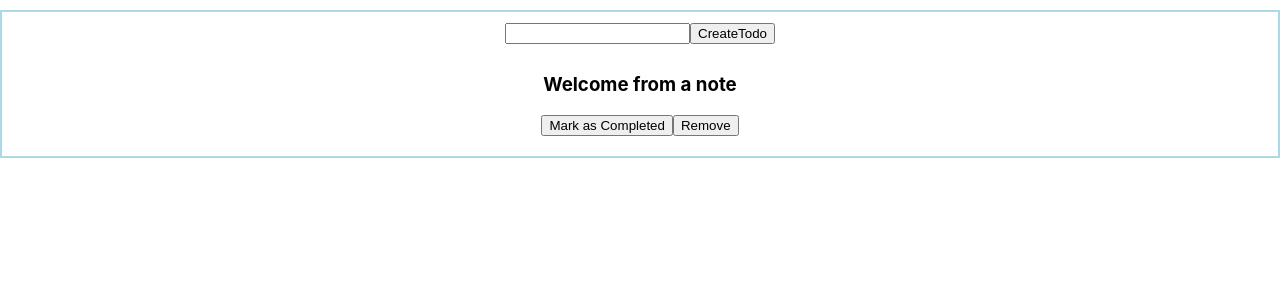
Repository: CaptainStorm21/react-ecosystem-course
Page: /
An editor plug-in stored every save of this project. The page is shown before and after the next save, followed by the edit.
The browser window is 1280 px wide. The pictures show the whole page.
The project was rebuilt for these pictures with package versions that can differ from the ones it lists, and the page was loaded fresh each time.

Above is the page before, as saved 2020-05-30 17:41:26.

### src/App.js
import React from 'react';
import './App.css';
import TodoList from './todos/TodoList'

function App() {
  return (
    <div className="App">
      <TodoList/>
    </div>
  );
}

export default App;

### src/todos/TodoList.js
import React from 'react';
import NewTodoForm from './NewTodoForm';
import TodoListItem from './TodoListItem';
import './TodoList.css';


const TodoList = ({ todos = [{ text: "Welcome from a note" }] }) => (
    <div className="list-wrapper">
        <NewTodoForm/>
        {todos.map(todo => <TodoListItem todo={todo} />)}
    </div>
)

export default TodoList;

### src/todos/NewTodoForm.js
import React, { useState } from 'react';
import './NewTodoForm.css';

const NewTodoForm = () => {
    const [inputValue, setInputValue] = useState(' ');
   return (
        <div className="new-todo-form">
           <input className="new-todo-input"
               type="text"
               value={inputValue}
               onChange = { e => setInputValue (e.target.value)}
           />
            <button className="newTodo">CreateTodo</button>
        </div>
    );
};
export default NewTodoForm;

### src/todos/TodoListItem.js
import React from "react";

const TodoListItem = ({ todo }) => (
  <div className="todo-item-container">
    <h3>{todo.text}</h3>
    <div className="button -container">
      <button className="completed-button"> Mark as Completed</button>
      <button className="remove-button"> Remove</button>
    </div>
  </div>
);

export default TodoListItem;

### src/todos/TodoList.css
.list-wrapper{
    border: 2px solid lightblue;
    padding: 10px;
    margin-top: 10px;
}

### src/todos/NewTodoForm.css
.todo-item-container{
    width: 90%;
    margin: 0 auto;
    padding: 10px;
    border
    background-color: lightblue;
}

Loaded but not shown: public/index.html (common file); src/index.js (common file); src/index.css (common file); src/serviceWorker.js (common file); src/App.css (common file)

After the next save:
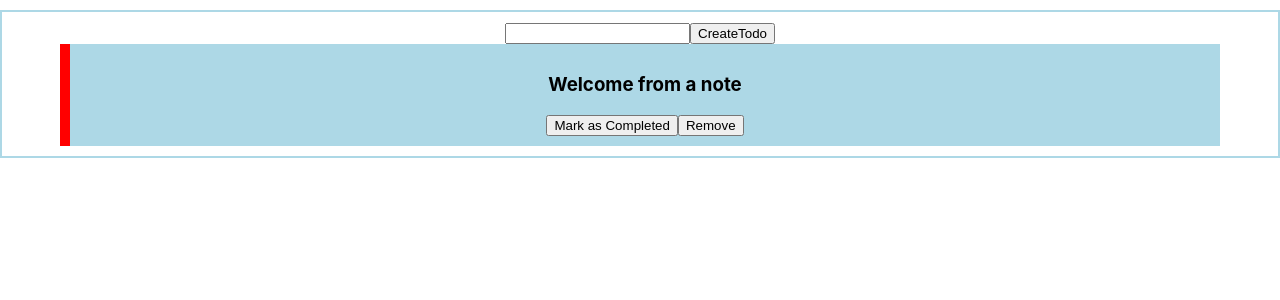
Saved 7 s later.
--- a/src/todos/NewTodoForm.css
+++ b/src/todos/NewTodoForm.css
@@ -2,6 +2,6 @@
     width: 90%;
     margin: 0 auto;
     padding: 10px;
-    border
+    border-left: 10px solid red;
     background-color: lightblue;
 }
